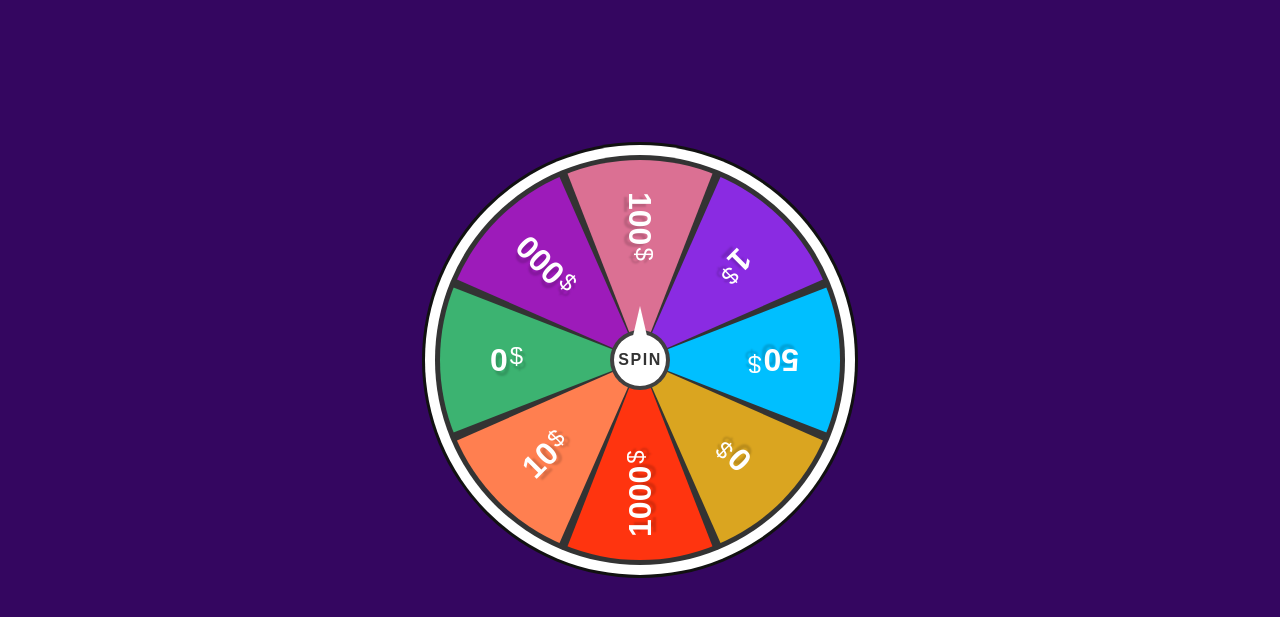
Repository: Jacques-Jaki-Morkel/FundedMarketplace_WheelofFortune
Page: index.html
An editor plug-in stored every save of this project. The page is shown before and after the next save, followed by the edit.
The browser window is 1280 px wide. The pictures show the whole page.

Above is the page before, as saved 2025-08-12 13:11:34.

### index.html
<!DOCTYPE html>
<html lang="en">

<head>
    <meta charset="UTF-8">
    <meta name="viewport" content="width=device-width, initial-scale=1.0">
    <title>Wheel of Fortune - Funded Marketplace</title>
    <link rel="stylesheet" href="styles.css">
</head>

<body>
    <div class="container">
        <div class="spinBtn">
            SPIN
        </div>
        <div class="wheel">
            <div class="number" style=" --i:1 ;--clr: #db7093;">
                <span>100</span>
            </div>
            <div class="number" style=" --i:2 ;--clr: #8a2be2;">
                <span>1</span>
            </div>
            <div class="number" style=" --i:3 ;--clr: #00bfff;">
                <span>50</span>
            </div>
            <div class="number" style=" --i:4 ;--clr: #daa520;">
                <span>0</span>
            </div>
            <div class="number" style=" --i:5 ;--clr: #ff340f;">
                <span>1000</span>
            </div>
            <div class="number" style=" --i:6 ;--clr: #ff7f50;">
                <span>10</span>
            </div>
            <div class="number" style=" --i:7 ;--clr: #3cb371;">
                <span>0</span>
            </div>
            <div class="number" style=" --i:8 ;--clr: #9d1bba;">
                <span>000</span>
            </div>
        </div>
    <div>
    <script src="script.js"></script>
</body>

</html>

### styles.css
* {
    margin: 0;
    padding: 0;
    box-sizing: border-box;
    font-family: 'Poppins', sans-serif;
}

body {
    display: flex;
    justify-content: center;
    align-items: center;
    min-height: 100vh;
    background: rgb(52, 6, 96);
}

.container {
    position: relative;
    width: 400px;
    height: 400px;
    display: flex;
    justify-content: center;
    align-items: center;
}

.container .spinBtn {
    position: absolute;
    width: 60px;
    height: 60px;
    background: #fff;
    border-radius: 50%;
    z-index: 10;
    display: flex;
    justify-content: center;
    align-items: center;
    text-transform: uppercase;
    font-weight: 600;
    color: #333;
    letter-spacing: 0.1em;
    border: 4px solid rgba(0, 0, 0, 0.75);
    cursor: pointer;
    user-select: none;
}

.container .spinBtn::before {
    content: '';
    position: absolute;
    top: -28px;
    width: 20px;
    height: 30px;
    background: #fff;
    clip-path: polygon(50% 0%, 15% 100%, 85% 100%);
}

.container .wheel {
    position: absolute;
    top: 0;
    left: 0;
    width: 100%;
    height: 100%;
    background: #333;
    border-radius: 50%;
    overflow: hidden;
    box-shadow: 0 0 0 5px #333,
        0 0 0 15px #fff,
        0 0 0 18px #111;
}

.container .wheel .number {
    position: absolute;
    width: 50%;
    height: 50%;
    background: var(--clr);
    transform-origin: bottom right;
    transform: rotate(calc(45deg * var(--i)));
    clip-path: polygon(0 0, 56% 0, 100% 100%, 0 56%);
    display: flex;
    justify-content: center;
    align-items: center;
    user-select: none;
    cursor: pointer;
}
.container .wheel .number span {
    position: relative;
    transform: rotate(45deg);
    color: #fff;
    font-size: 2em;
    font-weight: 700;
    text-shadow: 3px 5px 2px rgba(0, 0, 0, 0.15);
}

.container .wheel .number span::after {
    content: '$';
    padding-left: 2px;
    position: absolute;
    font-size: 0.75em;
    font-weight: 500;
}

Loaded but not shown: script.js (no stored copy; drawn as an empty file)

After the next save:
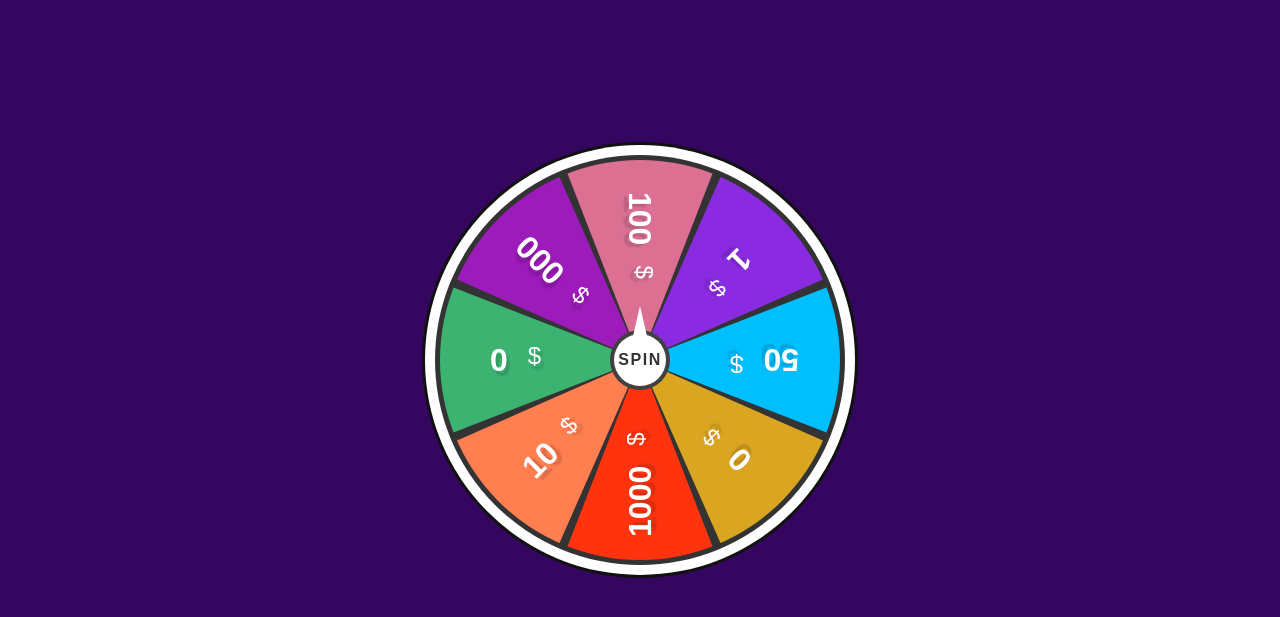
Saved 4 s later.
--- a/styles.css
+++ b/styles.css
@@ -90,7 +90,7 @@ body {
 
 .container .wheel .number span::after {
     content: '$';
-    padding-left: 2px;
+    padding-left: 20px;
     position: absolute;
     font-size: 0.75em;
     font-weight: 500;
